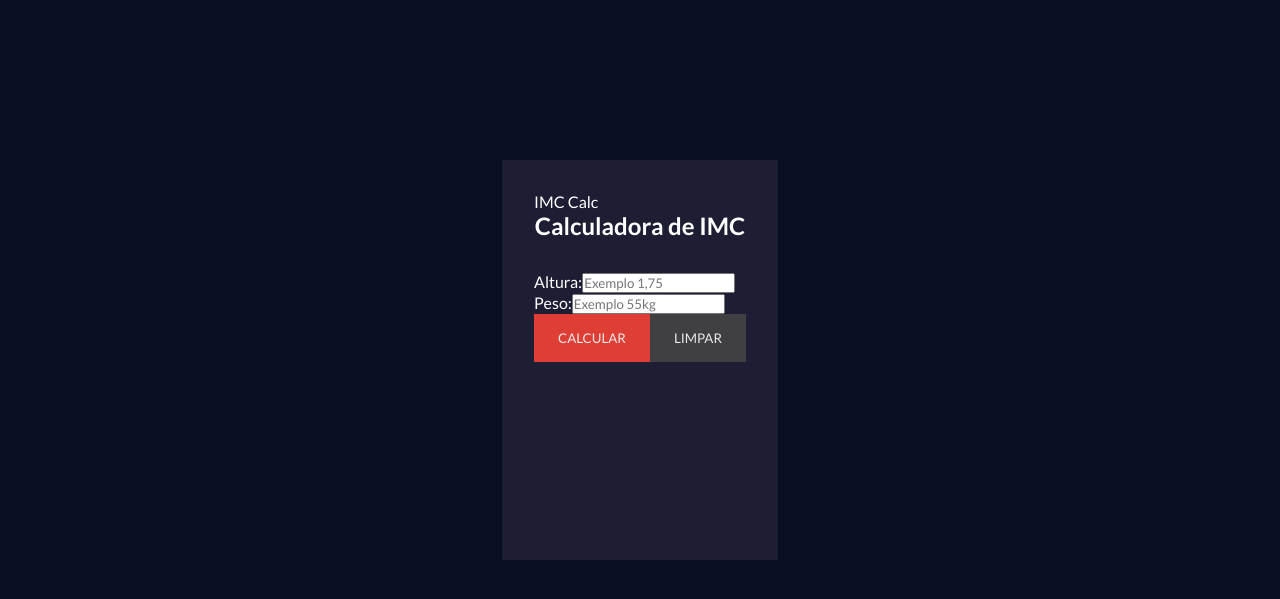
Repository: Bitroia/imc-calc-react
Page: / (app in imc/imc-calc/)
An editor plug-in stored every save of this project. The page is shown before and after a run of saves, followed by the edit.
The browser window is 1280 px wide. The pictures show the whole page.
The project was rebuilt for these pictures with package versions that can differ from the ones it lists, and the page was loaded fresh each time. Also part of the build but not shown: imc/imc-calc/vite.config.js.

Above is the page before, as saved 2026-05-26 18:46:52.

After the next 2 saves:
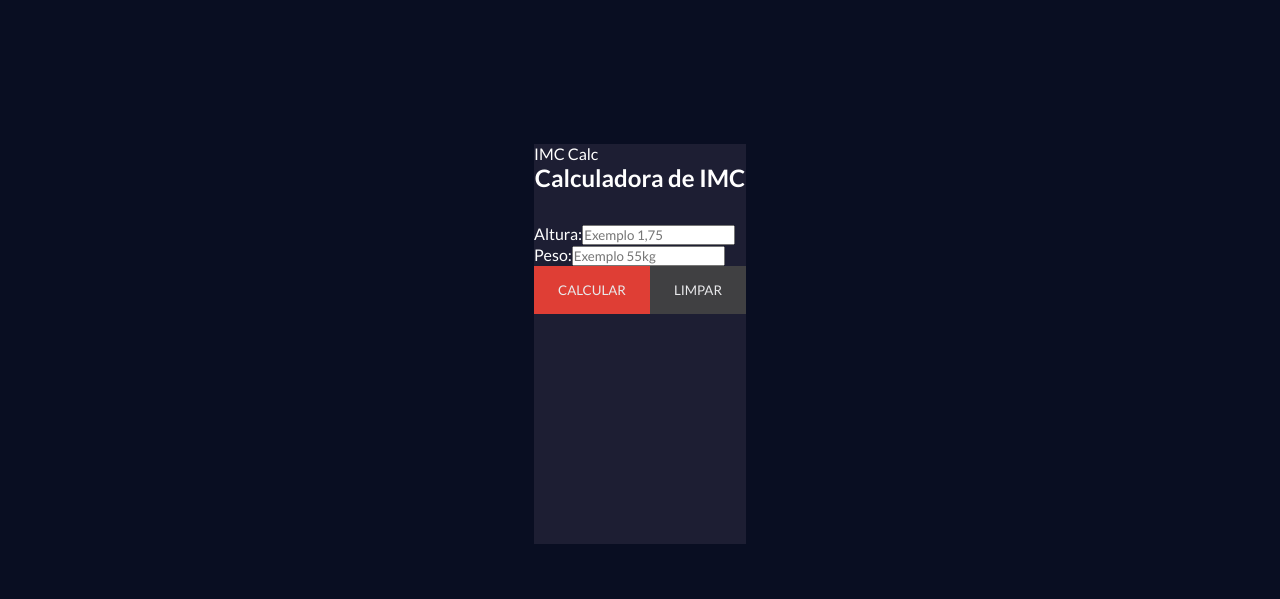
The 2 saves are shown as one change because they came seconds apart.
The last was saved 34 s later.
--- a/imc/imc-calc/src/App.css
+++ b/imc/imc-calc/src/App.css
@@ -2,5 +2,5 @@
     min-height: 400px;
     min-height: 400px;
     background-color: #1d1e33;
-    padding: 2rem;
+    margin-bottom: 2rem;
 }
